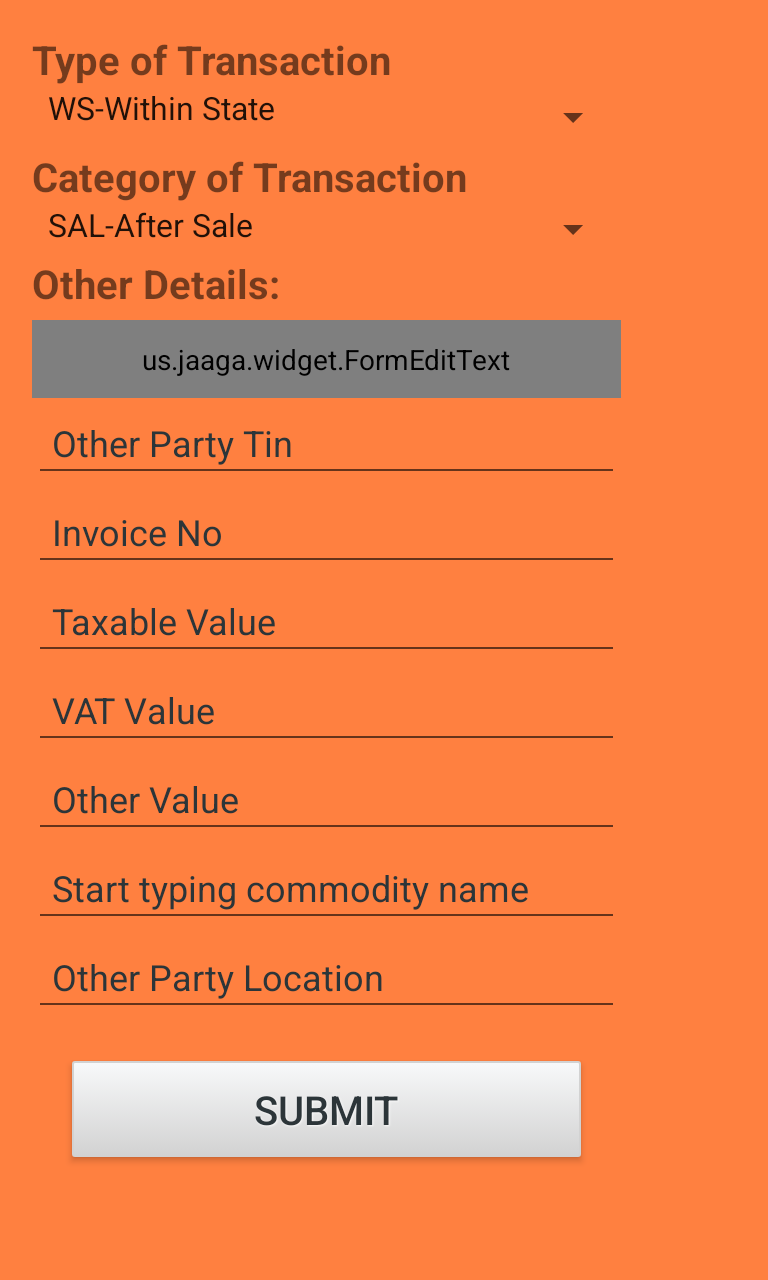
Repository: rajeefmk/Android_Projects
Layout: mSugam/res/layout/activity_main.xml
An editor plug-in stored every save of this project. The layout is shown before and after the next save, followed by the edit.
Pictures or frames that could not be fetched are drawn as grey boxes. It is drawn on a 768 x 1280 px phone screen (xhdpi) without system bars, with theme AppTheme; the app's code is not run.

Above is the layout before, as saved 2014-10-14 05:30:02.

After the next save:
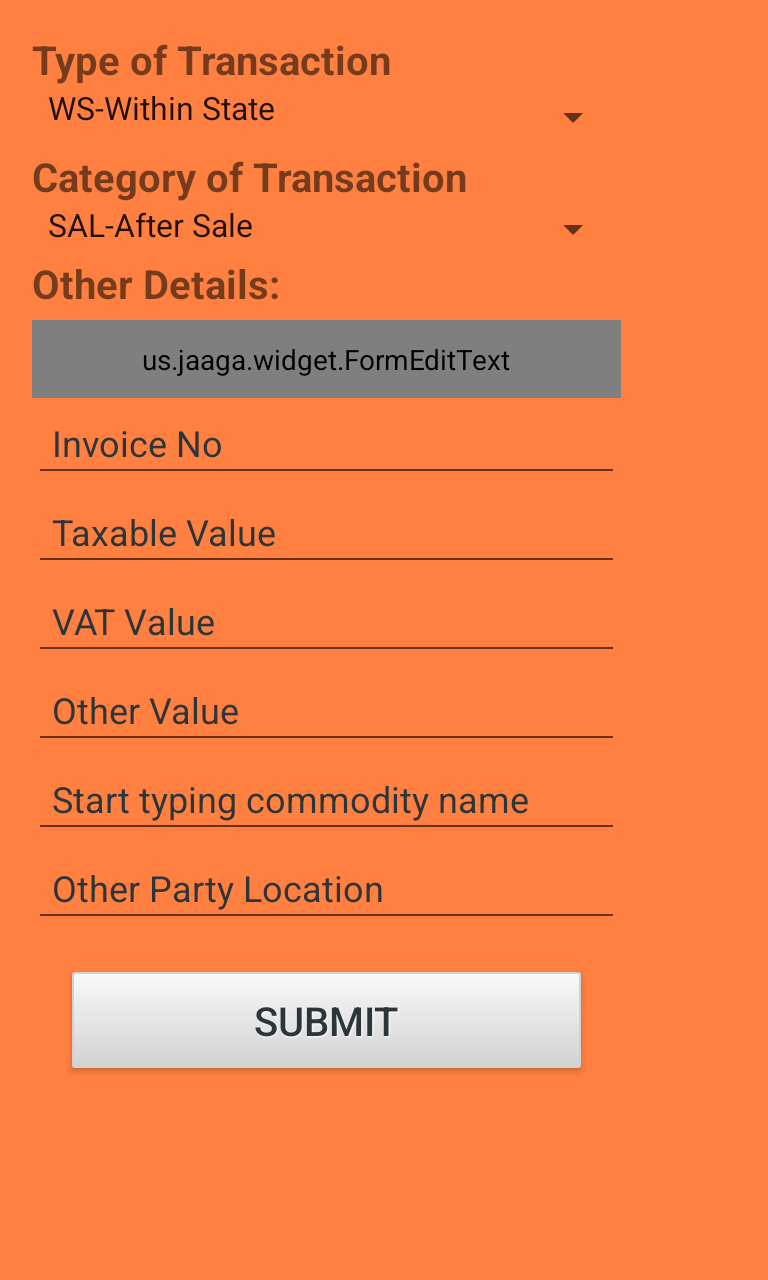
Saved 4 s later.
--- a/mSugam/res/layout/activity_main.xml
+++ b/mSugam/res/layout/activity_main.xml
@@ -81,7 +81,7 @@
 
 		    />
 
-		<EditText
+		<!-- <EditText
 		    android:id="@+id/OtherPartyTin"
 		    android:layout_height="wrap_content"
 		    android:layout_width="match_parent"
@@ -90,7 +90,7 @@
 		    android:textColorHint="#2C3539"
 		    android:padding="10dp"
 			android:textColor="#ffffff"
-					    />
+					    /> -->
 
 		<EditText
 		    android:id="@+id/InvoiceNo"
